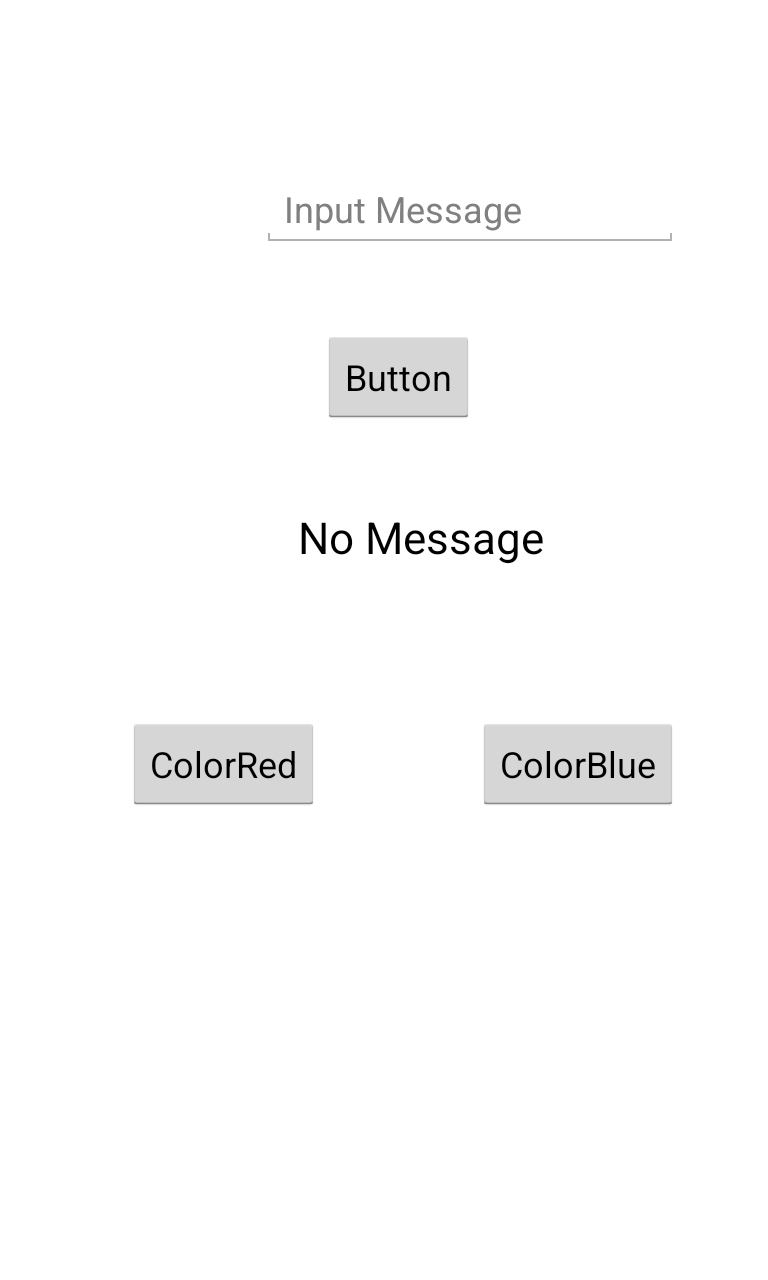
Repository: Mayappa/ANDROID-PROJ
Layout: ButtonView/res/layout/activity_main.xml
An editor plug-in stored every save of this project. The layout is shown before and after the next save, followed by the edit.
It is drawn on a 768 x 1280 px phone screen (xhdpi) without system bars, with theme AppTheme; the app's code is not run.

Above is the layout before, as saved 2015-11-09 04:47:42.

### ButtonView/res/layout/activity_main.xml
<RelativeLayout xmlns:android="http://schemas.android.com/apk/res/android"
    xmlns:tools="http://schemas.android.com/tools"
    android:layout_width="match_parent"
    android:layout_height="match_parent"
    android:paddingBottom="@dimen/activity_vertical_margin"
    android:paddingLeft="@dimen/activity_horizontal_margin"
    android:paddingRight="@dimen/activity_horizontal_margin"
    android:paddingTop="@dimen/activity_vertical_margin"
    tools:context=".MainActivity" >

    <EditText
        android:id="@+id/editTextinput"
        android:layout_width="wrap_content"
        android:layout_height="wrap_content"
        android:layout_alignParentRight="true"
        android:layout_alignParentTop="true"
        android:layout_marginRight="28dp"
        android:layout_marginTop="69dp"
        android:ems="10"
        android:hint="Input Message" />

    <Button
        android:id="@+id/buttoncolordisplayred"
        android:layout_width="wrap_content"
        android:layout_height="wrap_content"
        android:layout_below="@+id/textViewoutput"
        android:layout_marginTop="75dp"
        android:layout_toLeftOf="@+id/buttondisplay"
        android:text="ColorRed" />

    <Button
        android:id="@+id/buttoncolordispalyblue"
        android:layout_width="wrap_content"
        android:layout_height="wrap_content"
        android:layout_alignBaseline="@+id/buttoncolordisplayred"
        android:layout_alignBottom="@+id/buttoncolordisplayred"
        android:layout_alignRight="@+id/editTextinput"
        android:text="ColorBlue" />

    <Button
        android:id="@+id/buttondisplay"
        android:layout_width="wrap_content"
        android:layout_height="wrap_content"
        android:layout_below="@+id/editTextinput"
        android:layout_marginTop="40dp"
        android:layout_toLeftOf="@+id/buttoncolordispalyblue"
        android:onClick="displaymessage"
        android:text="Button" />

    <TextView
        android:id="@+id/textViewoutput"
        android:layout_width="wrap_content"
        android:layout_height="wrap_content"
        android:layout_alignLeft="@+id/editTextinput"
        android:layout_below="@+id/buttondisplay"
        android:layout_marginLeft="19dp"
        android:layout_marginTop="41dp"
        android:text="No Message"
        android:textAppearance="?android:attr/textAppearanceLarge" />

</RelativeLayout>

Loaded but not shown: ButtonView/res/values/styles.xml (common file); ButtonView/res/values-v11/styles.xml (common file); ButtonView/res/values-v14/styles.xml (common file); ButtonView/res/values/dimens.xml (common file)

After the next save:
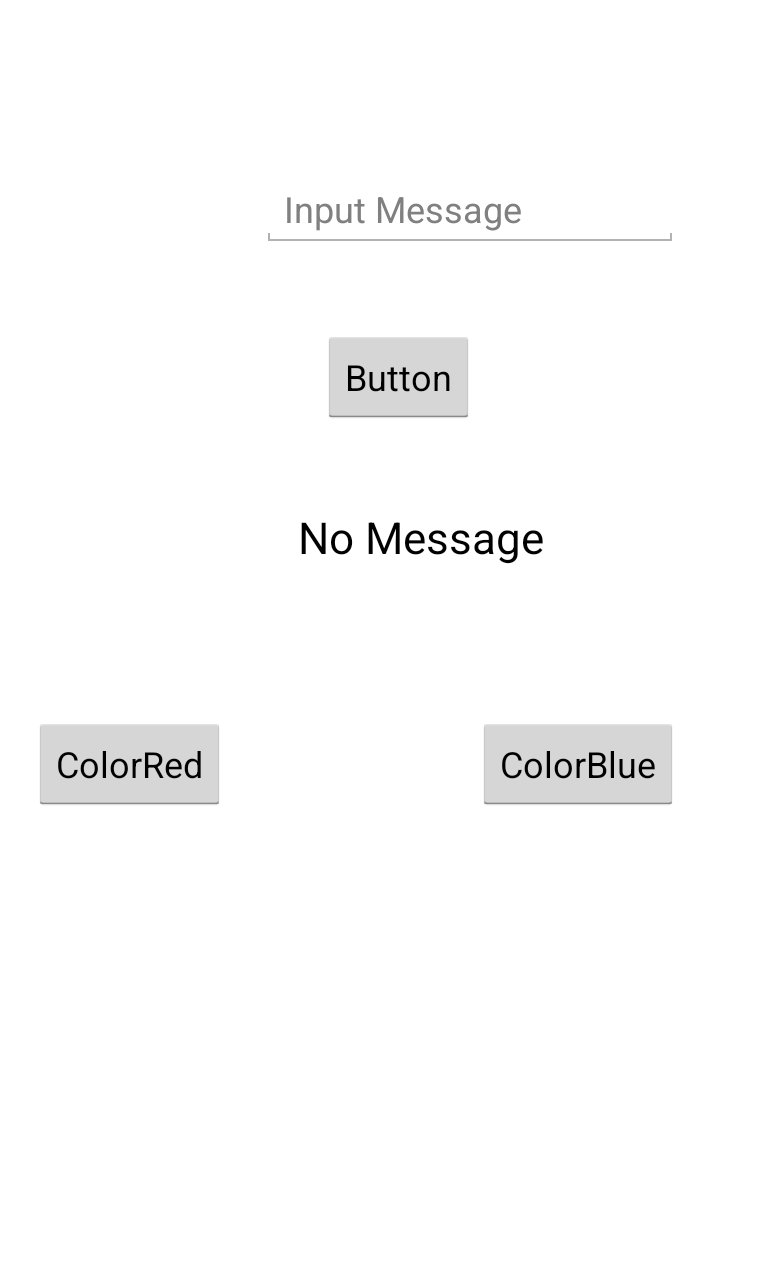
Saved 65 s later.
--- a/ButtonView/res/layout/activity_main.xml
+++ b/ButtonView/res/layout/activity_main.xml
@@ -25,7 +25,6 @@
         android:layout_height="wrap_content"
         android:layout_below="@+id/textViewoutput"
         android:layout_marginTop="75dp"
-        android:layout_toLeftOf="@+id/buttondisplay"
         android:text="ColorRed" />
 
     <Button
